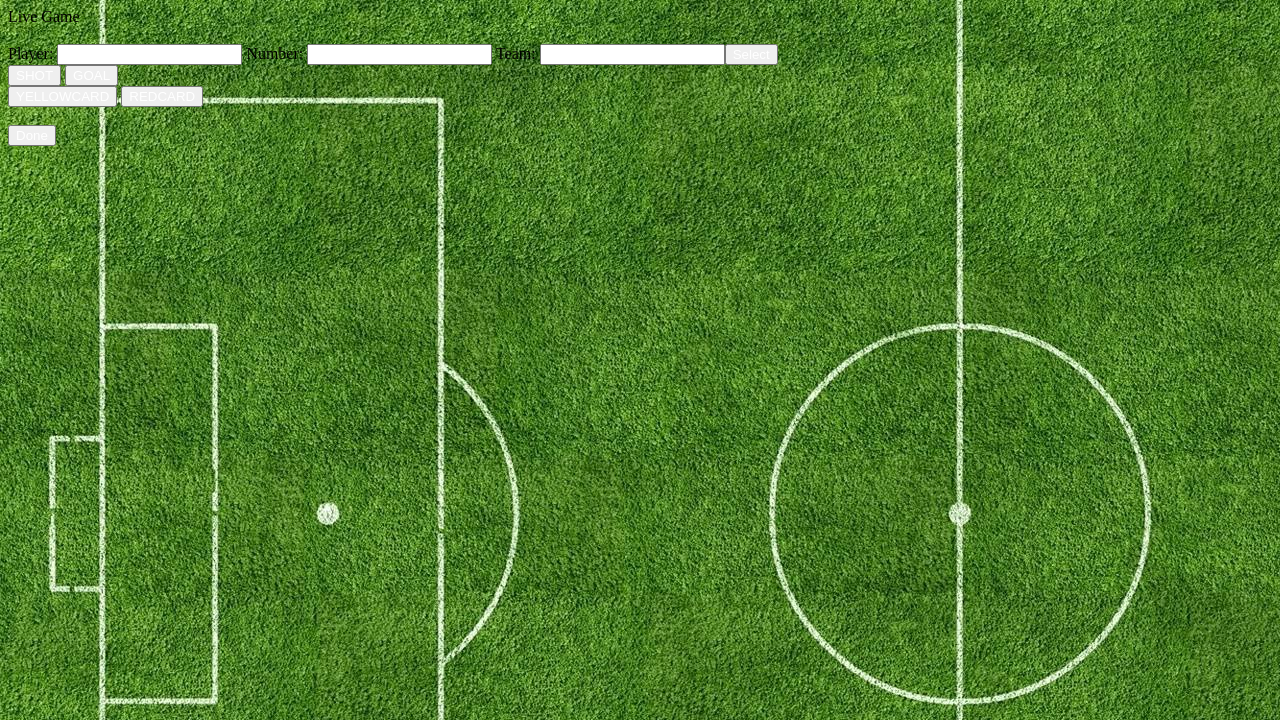
Repository: FredGlozman/SwiftScore
Page: SwiftScore/LiveScoreKeeping.html
These files come from the project's save history. The page is drawn as it stood at one moment and after a run of saves; the edit follows.
The browser window is 1280 px wide. The pictures show the whole page.

Above is the page before, as saved 2015-12-02 22:28:59.

### SwiftScore/LiveScoreKeeping.html
<html>
<style>
p, input {
	color: white;
}
</style>
<head>
<title>Live Score Keeping</title>
</head>
<body background="soccer.jpg">
<form action="LiveScoreKeeping.php" method = "post" >
Live Game
<br><br>
Player: <input type="text" name="player"> Number: <input type="text" name="number" > Team: <input type="text" name="number" ><input type= "submit" value= "Select">
 <br>
  <input type= "submit" name= "action" value= "SHOT">
  <input type= "submit" name= "action" value= "GOAL">
 <br>
  <input type= "submit" name= "action" value= "YELLOWCARD">
  <input type= "submit" name= "action" value= "REDCARD">
   <br> <br>
<input type= "submit" name= "action" value= "Done">
</form>
</body>
</html>

After the next 2 saves:
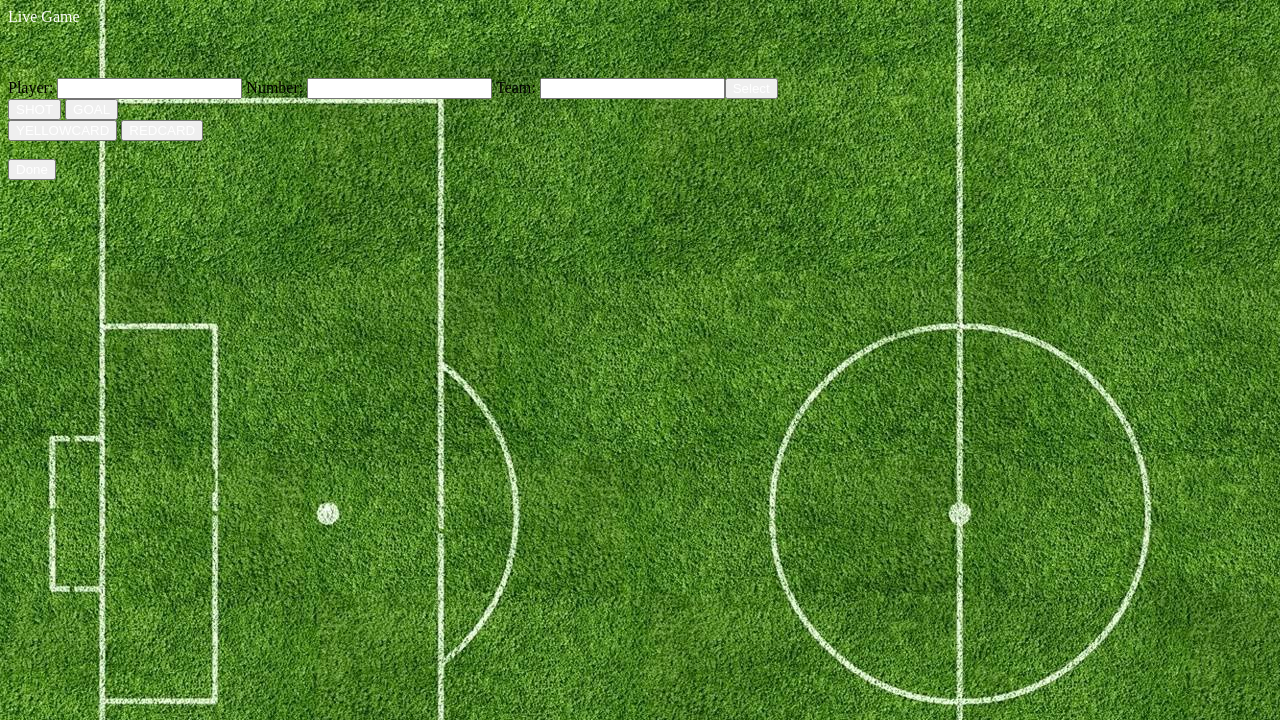
The 2 saves are shown as one change because they came seconds apart.
The last was saved 29 s later.
--- a/SwiftScore/LiveScoreKeeping.html
+++ b/SwiftScore/LiveScoreKeeping.html
@@ -8,18 +8,17 @@ p, input {
 <title>Live Score Keeping</title>
 </head>
 <body background="soccer.jpg">
-<form action="LiveScoreKeeping.php" method = "post" >
-Live Game
-<br><br>
-Player: <input type="text" name="player"> Number: <input type="text" name="number" > Team: <input type="text" name="number" ><input type= "submit" value= "Select">
- <br>
-  <input type= "submit" name= "action" value= "SHOT">
-  <input type= "submit" name= "action" value= "GOAL">
- <br>
-  <input type= "submit" name= "action" value= "YELLOWCARD">
-  <input type= "submit" name= "action" value= "REDCARD">
-   <br> <br>
-<input type= "submit" name= "action" value= "Done">
-</form>
+	<form action="LiveScoreKeeping.php" method="post">
+		<p>Live Game</p>
+		<br>
+		<br> Player: <input type="text" name="player"> Number: <input
+			type="text" name="number"> Team: <input type="text"
+			name="number"><input type="submit" value="Select"> <br>
+		<input type="submit" name="action" value="SHOT"> <input
+			type="submit" name="action" value="GOAL"> <br> <input
+			type="submit" name="action" value="YELLOWCARD"> <input
+			type="submit" name="action" value="REDCARD"> <br> <br>
+		<input type="submit" name="action" value="Done">
+	</form>
 </body>
 </html>
